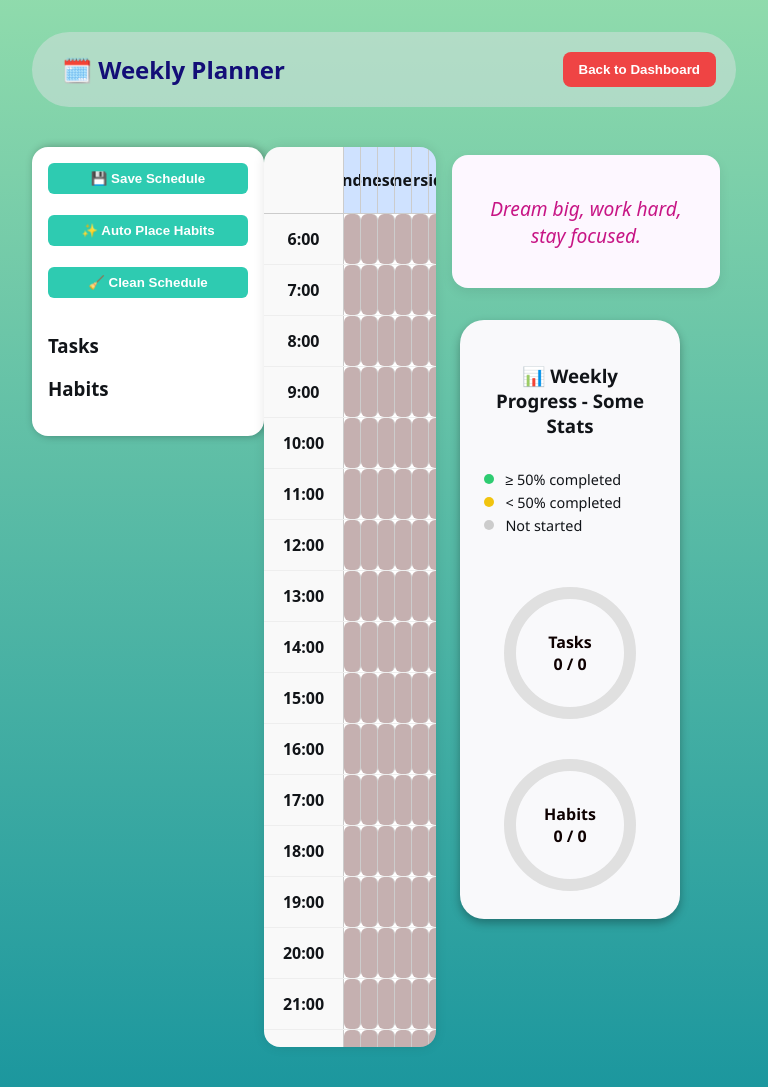
Repository: RachelB9913/smart-task-and-habit-tracker
Page: /schedule
An editor plug-in stored every save of this project. The page is shown before and after the next save, followed by the edit.
The browser window is 768 px wide. The pictures show the whole page.
The project was rebuilt for these pictures with package versions that can differ from the ones it lists, and the page was loaded fresh each time. Also part of the build but not shown: src/components/PageWrapper.js, src/components/welcome.js, src/services/api.js, src/components/Login.js, src/components/Register.js, src/components/DashBoard.js.

Above is the page before, as saved 2025-06-29 19:45:15.

After the next save:
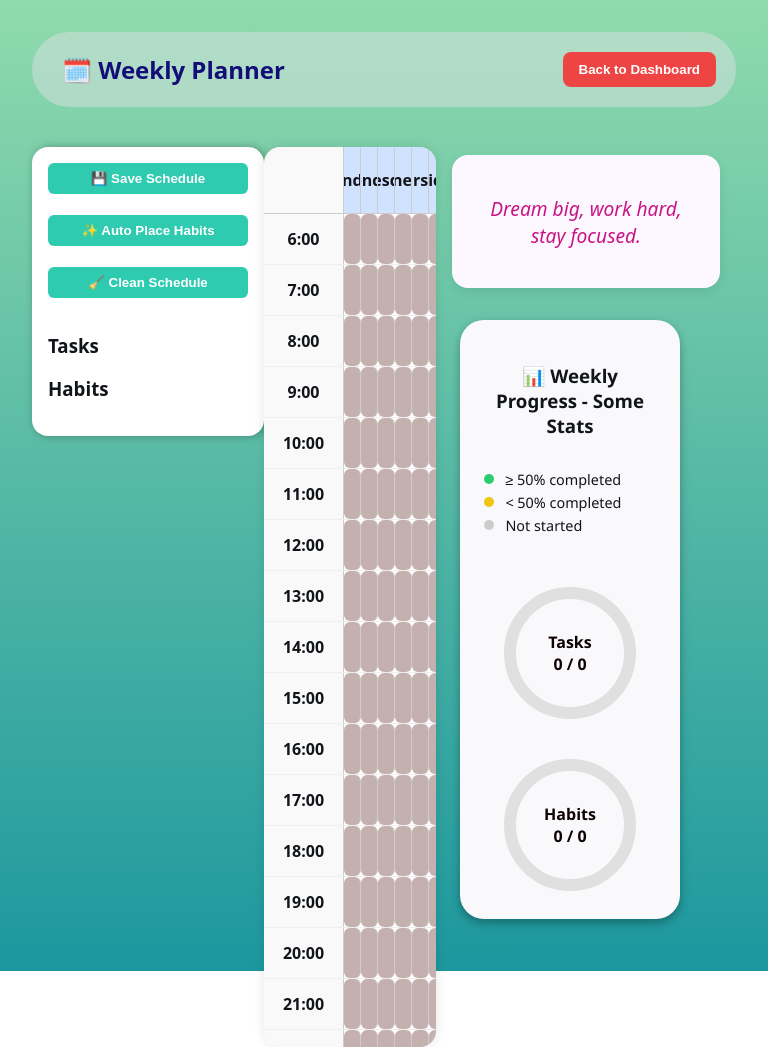
Saved 50 s later.
--- a/src/components/SchedulePlanner.css
+++ b/src/components/SchedulePlanner.css
@@ -31,12 +31,6 @@
   width: 100%;
   max-width: 220px;
 }
-
-/* .planner-container {
-  display: flex;
-  height: calc(100vh - 120px);
-  font-family: 'Manrope', sans-serif;
-} */
 
 .task-sidebar {
   flex-shrink: 0;
@@ -317,10 +311,17 @@
   padding: 0.3rem;
 }
 
+/* .planner-container {
+  display: flex;
+  height: calc(100vh - 120px);
+  font-family: 'Manrope', sans-serif;
+} */
+
 @media (max-width: 900px) {
   .planner-container {
     display: flex;
     align-items: flex-start;
+    height: calc(100vh - 120px);
     flex-wrap: wrap;
     min-height: 100vh;
 }
